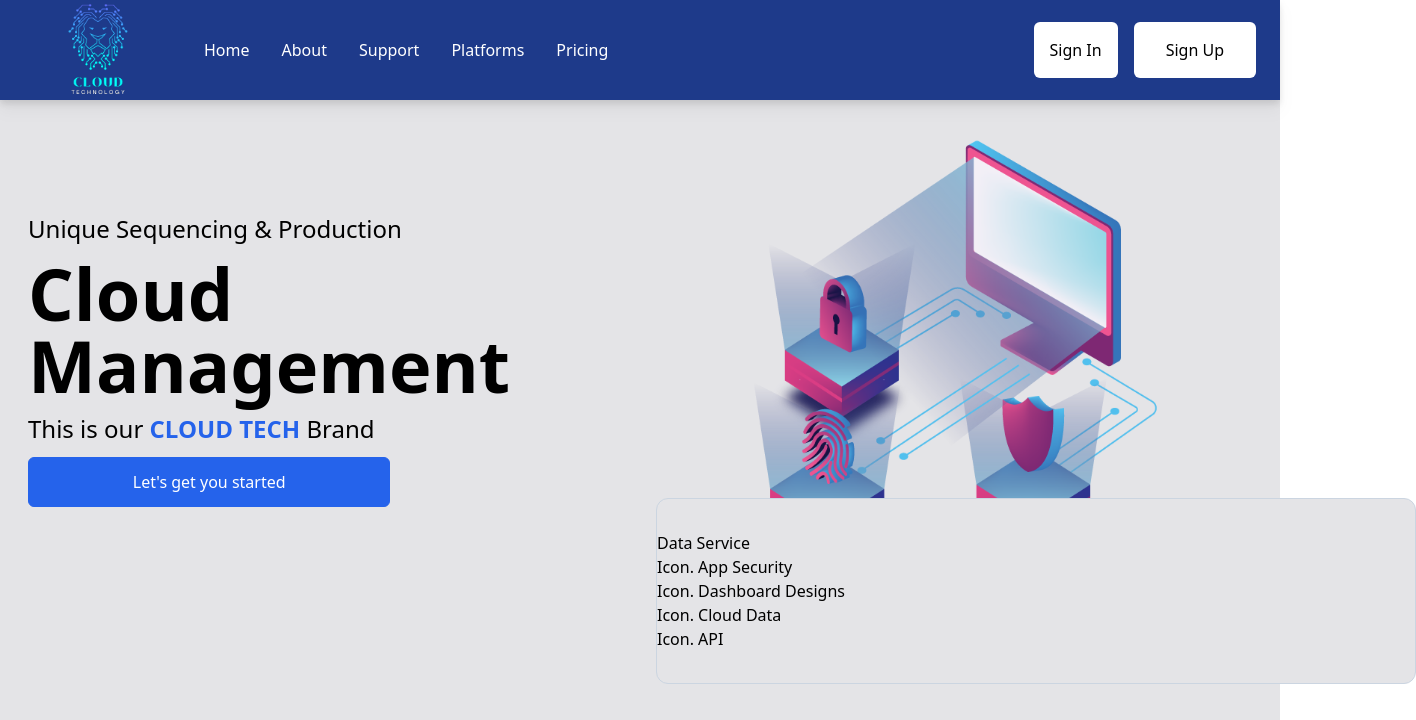
Repository: Esther-Kamau/cloud-management
Page: /
The author's editor kept a copy of each file at every save. The page is drawn from the files as they stood at one save, then again after the next save.
The browser window is 1280 px wide. The page is 1416 px wide, so the pictures cover 1416 px, including what lies to the right of the window. The pictures show the whole page.
The project was rebuilt for these pictures with package versions that can differ from the ones it lists, and the page was loaded fresh each time. A package was used in the major version that the imports need, not the one package.json lists.

Above is the page before, as saved 2023-03-16 17:56:05.

### public/index.html
<!DOCTYPE html>
<html lang="en">
  <head>
    <meta charset="utf-8" />
    <link rel="icon" href="%PUBLIC_URL%/Logo.png" />
    <meta name="viewport" content="width=device-width, initial-scale=1" />
    <meta name="theme-color" content="#000000" />
    <meta
      name="description"
      content="Web site created using create-react-app"
    />
    <link rel="apple-touch-icon" href="%PUBLIC_URL%/Logo.png" />
    <!--
      manifest.json provides metadata used when your web app is installed on a
      user's mobile device or desktop. See https://developers.google.com/web/fundamentals/web-app-manifest/
    -->
    <link rel="manifest" href="%PUBLIC_URL%/manifest.json" />
    <!--
      Notice the use of %PUBLIC_URL% in the tags above.
      It will be replaced with the URL of the `public` folder during the build.
      Only files inside the `public` folder can be referenced from the HTML.

      Unlike "/favicon.ico" or "favicon.ico", "%PUBLIC_URL%/favicon.ico" will
      work correctly both with client-side routing and a non-root public URL.
      Learn how to configure a non-root public URL by running `npm run build`.
    -->
    <title>Cloud Technology</title>
  </head>
  <body>
    <noscript>You need to enable JavaScript to run this app.</noscript>
    <div id="root"></div>
    <!--
      This HTML file is a template.
      If you open it directly in the browser, you will see an empty page.

      You can add webfonts, meta tags, or analytics to this file.
      The build step will place the bundled scripts into the <body> tag.

      To begin the development, run `npm start` or `yarn start`.
      To create a production bundle, use `npm run build` or `yarn build`.
    -->
  </body>
</html>

### src/index.css
@tailwind base;
@tailwind components;
@tailwind utilities;

@layer base{
    li{
      @apply p-4 text-white hover:text-slate-300
    }
    button {
        @apply p-4 text-white border bg-blue-600 border-blue-600
        hover:bg-transparent hover:text-black rounded-md
      }
}

### src/App.jsx
import Navbar from "./components/Navbar"
import Hero from "./components/Hero"

function App() {
  return (

    <>
  <Navbar/>
  <Hero/>
    </>
  );
}

export default App;

### src/components/Navbar.jsx
import React,{useState} from "react";
import { MenuIcon, XIcon } from "@heroicons/react/outline";
import Logo from "../assets/Logo.png";

const Navbar = () => {
    const [nav,setNav] = useState(false)
    const handleClick =() => setNav(!nav)


  return (
    <div className="w-screen h-[100px] z-10 bg-blue-900 fixed drop-shadow-lg">
      <div className="px-2 flex justify-between items-center w-full h-full">
        <div className="flex items-center">
          <img className="h-[180px] w-[180px]" src={Logo} alt="Logoimg" />
          <ul className="hidden md:flex">
            <li>Home</li>
            <li>About</li>
            <li>Support</li>
            <li>Platforms</li>
            <li>Pricing</li>
          </ul>
        </div>
        <div className="hidden md:flex pr-4">
          <button className="border-none bg-white text-black mr-4 hover:text-white hover:bg-blue-300">
            Sign In
          </button>
          <button className="border-none bg-white text-black px-8 py-3 hover:text-white hover:bg-blue-300">
            Sign Up
          </button>
        </div>
        {/* toggle state */}
        <div className="md:hidden" onClick={handleClick}>
            {/* if the opposite of nav is true display this else xicon */}
{!nav ? <MenuIcon className="w-8 stroke-white" /> : <XIcon className="w-8 stroke-white" />}

        </div>
      </div>
      {/* if nav is not true hide the menu if tru display the menu */}
      <ul className={!nav ? 'hidden': "absolute bg-blue-900 w-full px-8"}>
        <li className="border-b-2 border-blue-200 w-full">Home</li>
        <li className="border-b-2 border-blue-200 w-full">About</li>
        <li className="border-b-2 border-blue-200 w-full">Support</li>
        <li className="border-b-2 border-blue-200 w-full">Platforms</li>
        <li className="border-b-2 border-blue-200 w-full">Pricing</li>
      <div className="flex flex-col my-4">
        <button className="bg-transparent text-white px-8 py-3 mb-4 hover:bg-slate-200 hover:text-black">Sign In</button>
        <button className="px-8 py-3" >Sign Up</button>
      </div>
      </ul>
    </div>
  );
};

export default Navbar;

### src/components/Hero.jsx
import React from 'react'
import {
    CloudUploadIcon,
    DatabaseIcon,
    PaperAirplaneIcon,
    ServerIcon,
} from '@heroicons/react/solid'

import bgImg from '../assets/cyber-bg.png'

const Hero = () => {
  return (
    <div className='w-full h-screen bg-zinc-200 flex flex-col justify-between'>
        <div className='grid md:grid-cols-2 max-w-[1240px] m-auto'>
            <div className='flex flex-col justify-center md:items-start w-full px-2 py-3'>
                <p className='text-2xl'>Unique Sequencing & Production</p>
                <h1 className='py-3 text-5xl font-bold md:text-7xl'>Cloud Management</h1>
                <p className='text-2xl mb-3'>This is our <span className='text-blue-600 font-bold'>CLOUD TECH</span> Brand</p>
                <button className='py-3 px-6 sm:w-[60%]'>Let's get you started</button>
            </div>
            <div className='flex flex-col justify-center items-center w-full'>
                <img src={bgImg} alt='bg' className='w-full h-full'/>
                </div>
                <div className='absolute flex flex-col py-8 md:min-w-[760px] bottom-[5%] mx-4 md:left-1/2 bg-zinc-200
                 border border-slate-300 rounded-xl '>
                    <p>Data Service</p>
                    <div>
                        <p>Icon. App Security</p>
                        <p>Icon. Dashboard Designs</p>
                        <p>Icon. Cloud Data</p>
                        <p>Icon. API</p>
                    </div>
                </div>
        </div>
    </div>
  )
}

export default Hero

Loaded but not shown: src/index.js (common file); tailwind.config.js (common file)

After the next save:
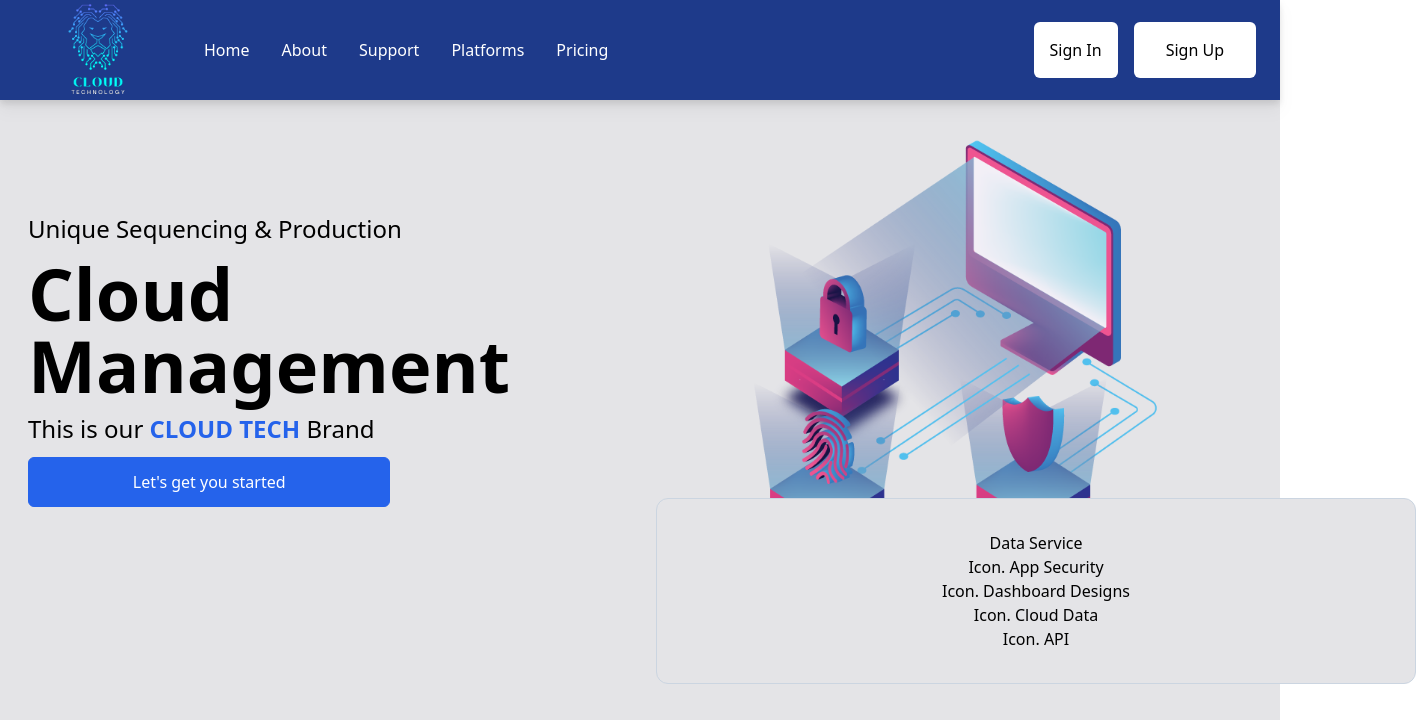
Saved 13 s later.
--- a/src/components/Hero.jsx
+++ b/src/components/Hero.jsx
@@ -22,7 +22,7 @@ const Hero = () => {
                 <img src={bgImg} alt='bg' className='w-full h-full'/>
                 </div>
                 <div className='absolute flex flex-col py-8 md:min-w-[760px] bottom-[5%] mx-4 md:left-1/2 bg-zinc-200
-                 border border-slate-300 rounded-xl '>
+                 border border-slate-300 rounded-xl text-center'>
                     <p>Data Service</p>
                     <div>
                         <p>Icon. App Security</p>
